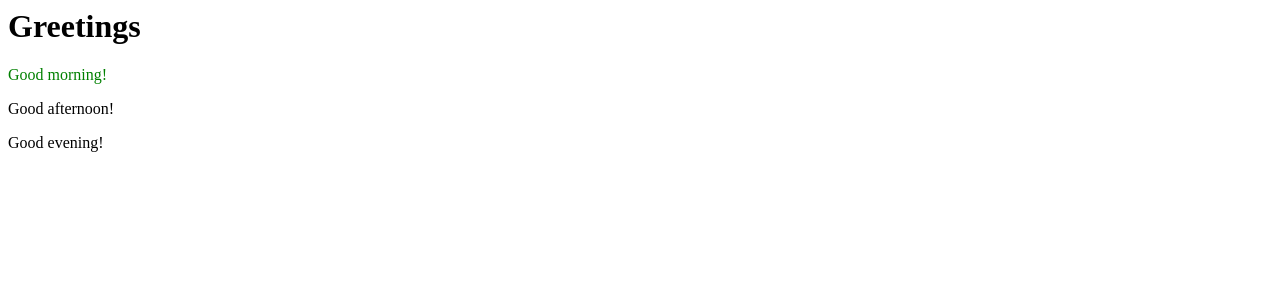
Repository: erinakatagiri/gomi
Page: test.html
The author's editor kept a record of every edit. The page is drawn from the files as they stood at one moment, then again after the next edit.
The browser window is 1280 px wide. The pictures show the whole page.

Above is the page before.

After the next edit:
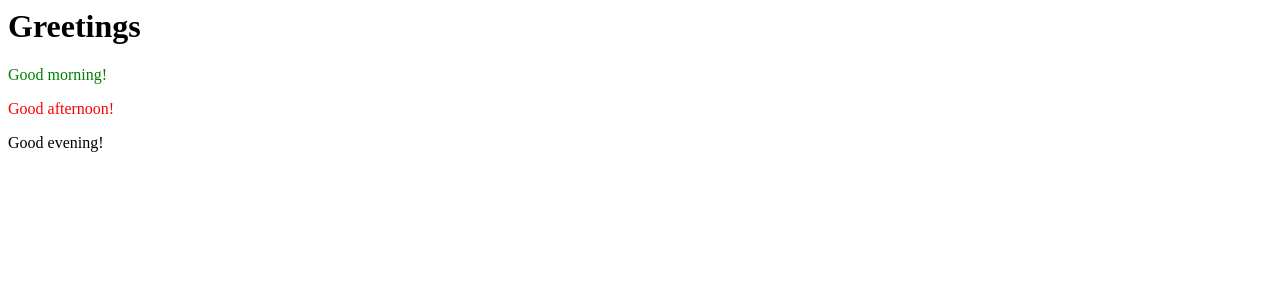
The edit:
--- a/test.html
+++ b/test.html
@@ -12,6 +12,11 @@
     Good morning!
     </p>
     <p class="afternoon">
+      <style>
+        .afternoon{
+          color: red;
+        }
+      </style>
     Good afternoon!
     </p>
     <p>
